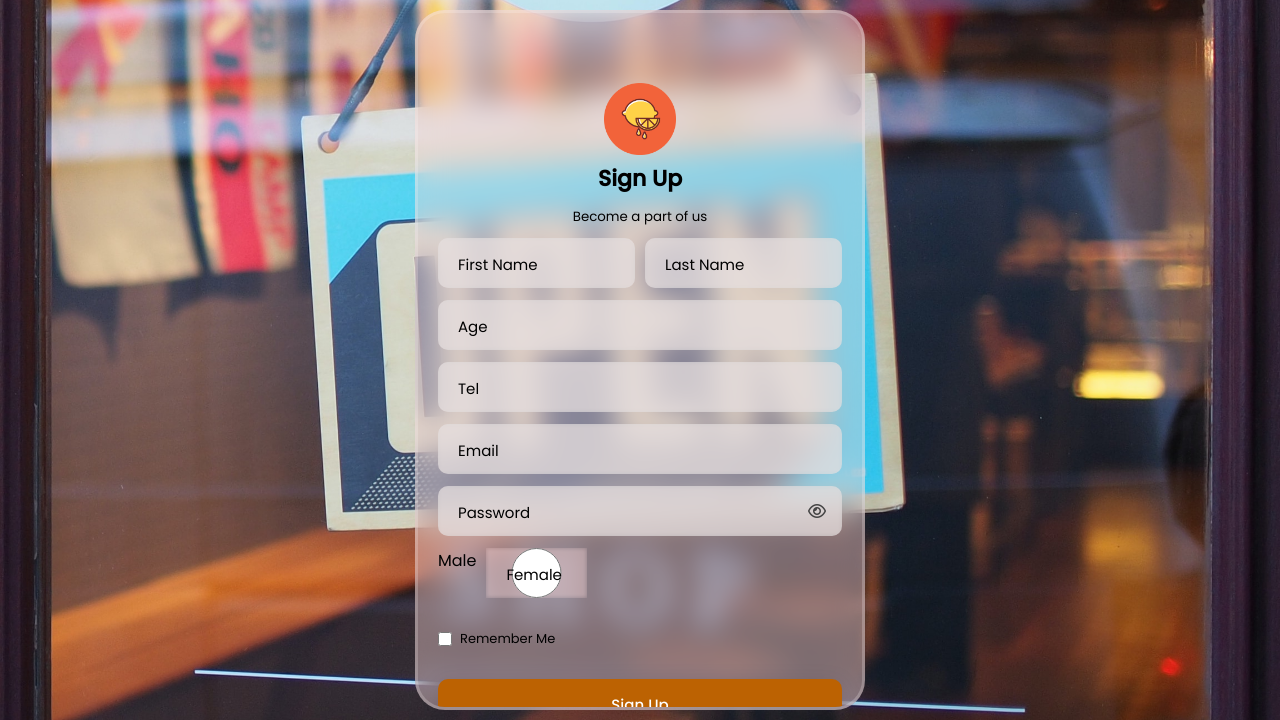
Repository: MauDucKG/BigFarm
Page: http://localhost/BigFarm/views/main/register/index.php?page=main&controller=register&action=submit
An editor plug-in stored every save of this project. The page is shown before and after the next save, followed by the edit.
The browser window is 1280 px wide. The pictures show the whole page.
Some web libraries are served in a nearby version. The page is run by PHP 8.4 with error messages shown; the project is at /var/www/html/.

Above is the page before, as saved 2023-04-26 22:31:56.

### views/main/register/index.php
<!DOCTYPE html>
<html lang="en">

<head>
	<meta charset="utf-8">
	<meta name="viewport" content="width=device-width, initial-scale=1">
	<title>Register</title>
	<!-- <link href="https://cdn.jsdelivr.net/npm/bootstrap@5.2.2/dist/css/bootstrap.min.css" rel="stylesheet" integrity="sha384-Zenh87qX5JnK2Jl0vWa8Ck2rdkQ2Bzep5IDxbcnCeuOxjzrPF/et3URy9Bv1WTRi" crossorigin="anonymous"> -->
	<link rel="stylesheet" href="assets/stylesheets/register.css">
    <script src="https://kit.fontawesome.com/4ccf3877a2.js" crossorigin="anonymous"></script>
    <!-- <style>
        @import url('https://fonts.googleapis.com/css2?family=Poppins:wght@400;500&display=swap');
body{
    background: url("https://images.unsplash.com/photo-1472851294608-062f824d29cc?ixlib=rb-4.0.3&ixid=MnwxMjA3fDB8MHxwaG90by1wYWdlfHx8fGVufDB8fHx8&auto=format&fit=crop&w=2304&q=80");
    background-size: cover;
    background-position: center;
    background-repeat: no-repeat;
    background-attachment: fixed;
}
*{
    margin: 0;
    padding: 0;
    box-sizing: border-box;
    font-family: 'Poppins',sans-serif;
}
.wrapper{
    display: flex;
    justify-content: center;
    align-items: center;
    min-height: 100vh;
    width: 100%;
}
.box{
    display: flex;
    flex-direction: row;
    position: relative;
    padding: 60px 20px 30px 20px;
    height: 700px;
    width: 450px;
    background-color: rgba(255, 220, 220, 0.4);
    border-radius: 30px;
    -webkit-backdrop-filter: blur(15px);
    backdrop-filter: blur(15px);
    border: 3px solid rgba(255, 255, 255, 0.2);
    overflow: hidden;
}
.box-register{
    position: absolute;
    width: 85%;
    right: -350px;
    transition: .5s ease-in-out;
}
.top-header{
    text-align: center;
    margin: 10px auto;
}
.top-header h3{
    font-size: 22px;
    font-weight: 600;
    margin-bottom: 8px;
}
.input-group{
    width: 100%;
}
.input-field{
    width: 100%;
    margin-bottom: 12px;
    position: relative;
}
.input-box{
    width: 100%;
    height: 50px;
    font-size: 15px;
    color: #040404;
    border: none;
    border-radius: 10px;
    padding: 7px 45px 0 20px;
    background: rgba(224, 223, 223, 0.6);
    -webkit-backdrop-filter: blur(2px);
    backdrop-filter: blur(2px);
    outline: none;
}
.input-field label{
    position: absolute;
    left: 20px;
    top: 15px;
    font-size: 15px;
    transition: .3s ease-in-out;
}
.input-box:focus ~ label,.input-box:valid ~ label{
    top: 2px;
    font-size: 10px;
    color: #c12828;
    font-weight: 500;
}
.eye-area{
    position: absolute;
    top: 25px;
    right: 25px;
}
.eye-box{
    display: flex;
    justify-content: center;
    align-items: center;
    position: relative;
}
i{
    position: absolute;
    color: #444444;
    cursor: pointer;
}
#eye,#eye-2{
    opacity: 1;
}
#eye-slash,#eye-slash-2{
    opacity: 0;
}
.remember{
    display: flex;
    font-size: 13px;
    margin: 12px 0 30px 0;
    color: #000;
}
.check{
    margin-right: 8px;
    width: 14px;
}
.input-submit{
    width: 100%;
    height: 50px;
    font-size: 15px;
    font-weight: 500;
    border: none;
    border-radius: 10px;
    background: #bc6202;
    color: #fff;
    box-shadow: 0px 4px 20px rgba(62, 9, 9, 0.145);
    cursor: pointer;
    transition: .4s;
}
.input-submit:hover{
    background: #db3e00;
    box-shadow: 0px 4px 20px rgba(62, 9, 9, 0.32);
}
#btn{
    position: absolute;
    bottom: 0;
    left: 0;
    width: 145px;
    height: 50px;
    background: #cccccd;
    border-radius: 10px;
    box-shadow: 2px 0px 12px rgba(0, 0, 0, 0.1);
    transition: .5s ease-in-out;
}
.name-box{
    display: flex;
    column-gap: 10px;
}
.name-box .input-box{
    width: 100%;
}
.name-box .input-field{
    width: 100%;
}
    </style> -->
</head>

<body>
    <div class="wrapper">
        <div class="box">
        <form action="index.php?page=main&controller=register&action=submit" method="POST" class="text-right">
            <div class="register-box" id="regUser">
                <div class="top-header">
                    <img src="assets/images/team_logo.png" alt="" width="72" height="72">
                    <h3>Sign Up</h3>
                    <small>Become a part of us</small>
                </div>
                <div class="input-group">
                    <div class="name-box">
                        <div class="input-field">
                            <input type="text" class="input-box" id="fname" name="fmane" required>
                            <label for="regUser">First Name</label>
                        </div>
                        <div class="input-field">
                            <input type="text" class="input-box" id="lname" name="lname" required>
                            <label for="regUser">Last Name</label>
                        </div>
                    </div>
                    <div class="input-field">
                        <input type="text" class="input-box" id="age" name="age" required>
                        <label for="regUser">Age</label>
                    </div>
                    <div class="input-field">
                        <input type="text" class="input-box" id="phone" name="phone" required>
                        <label for="regUser">Tel</label>
                    </div>
                    <div class="input-field">
                        <input type="text" class="input-box" id="email" name="email" required>
                        <label for="regUser">Email</label>
                    </div>
                    <div class="input-field">
                        <input type="password" class="input-box" id="pass" name="pass" required>
                        <label for="regPassword">Password</label>
                         <div class="eye-area">
                                <div class="eye-box" onclick="myRegPassword()">
                                    <i class="fa-regular fa-eye" id="eye-2"></i>
                                    <i class="fa-regular fa-eye-slash" id="eye-slash-2"></i>
                                </div>
                         </div>
                    </div>
                    <div class="gender-box">
                        <div class="input-fiel>
                            <input type="radio" class="input-box" name="gender" value="1" required>
                            <label>Male</label>
                        </div>
                        <div class="input-field">
                            <input type="radio" class="input-box" name="gender" value="1" required>
                            <label>Female</label>
                        </div>
                    </div>
				</div>
                    <div class="remember">
                        <input type="checkbox" id="formCheck-2" class="check">
                        <label for="formCheck-2">Remember Me</label>
                    </div>
                    <div class="input-field">
                        <input type="submit" class="input-submit" value="Sign Up">
                    </div>
                </div>
          </div>
        </form>
        </div>
    </div>
    <script>
        function myRegPassword(){
            var d = document.getElementById('regPassword');
            var b = document.getElementById("eye-2");
            var c = document.getElementById("eye-slash-2");
            if(d.type === "password"){
                d.type = "text"
                b.style.opacity = "0";
                c.style.opacity = "1";
            }else{
                d.type = "password"
                b.style.opacity = "1";
                c.style.opacity = "0";
            }
        }
    </script>
</body>

</html>

### assets/stylesheets/register.css
@import url('https://fonts.googleapis.com/css2?family=Poppins:wght@400;500&display=swap');
body{
    background: url("/BigFarm/assets/images/mike-petrucci-c9FQyqIECds-unsplash.jpg");
    background-size: cover;
    background-position: center;
    background-repeat: no-repeat;
    background-attachment: fixed;
}
*{
    margin: 0;
    padding: 0;
    box-sizing: border-box;
    font-family: 'Poppins',sans-serif;
}
.wrapper{
    display: flex;
    justify-content: center;
    align-items: center;
    min-height: 100vh;
    width: 100%;
}
.box{
    display: flex;
    flex-direction: row;
    position: relative;
    padding: 60px 20px 30px 20px;
    height: 700px;
    width: 450px;
    background-color: rgba(255, 220, 220, 0.4);
    border-radius: 30px;
    -webkit-backdrop-filter: blur(15px);
    backdrop-filter: blur(15px);
    border: 3px solid rgba(255, 255, 255, 0.2);
    overflow: hidden;
}
.box-register{
    position: absolute;
    width: 85%;
    right: -350px;
    transition: .5s ease-in-out;
}
.top-header{
    text-align: center;
    margin: 10px auto;
}
.top-header h3{
    font-size: 22px;
    font-weight: 600;
    margin-bottom: 8px;
}
.input-group{
    width: 100%;
}
.input-field{
    width: 100%;
    margin-bottom: 12px;
    position: relative;
}
.input-box{
    width: 100%;
    height: 50px;
    font-size: 15px;
    color: #040404;
    border: none;
    border-radius: 10px;
    padding: 7px 45px 0 20px;
    background: rgba(224, 223, 223, 0.6);
    -webkit-backdrop-filter: blur(2px);
    backdrop-filter: blur(2px);
    outline: none;
}
.input-field label{
    position: absolute;
    left: 20px;
    top: 15px;
    font-size: 15px;
    transition: .3s ease-in-out;
}
.input-box:focus ~ label,.input-box:valid ~ label{
    top: 2px;
    font-size: 10px;
    color: #c12828;
    font-weight: 500;
}
.eye-area{
    position: absolute;
    top: 25px;
    right: 25px;
}
.eye-box{
    display: flex;
    justify-content: center;
    align-items: center;
    position: relative;
}
i{
    position: absolute;
    color: #444444;
    cursor: pointer;
}
#eye,#eye-2{
    opacity: 1;
}
#eye-slash,#eye-slash-2{
    opacity: 0;
}
.remember{
    display: flex;
    font-size: 13px;
    margin: 12px 0 30px 0;
    color: #000;
}
.check{
    margin-right: 8px;
    width: 14px;
}
.input-submit{
    width: 100%;
    height: 50px;
    font-size: 15px;
    font-weight: 500;
    border: none;
    border-radius: 10px;
    background: #bc6202;
    color: #fff;
    box-shadow: 0px 4px 20px rgba(62, 9, 9, 0.145);
    cursor: pointer;
    transition: .4s;
}
.input-submit:hover{
    background: #db3e00;
    box-shadow: 0px 4px 20px rgba(62, 9, 9, 0.32);
}
#btn{
    position: absolute;
    bottom: 0;
    left: 0;
    width: 145px;
    height: 50px;
    background: #cccccd;
    border-radius: 10px;
    box-shadow: 2px 0px 12px rgba(0, 0, 0, 0.1);
    transition: .5s ease-in-out;
}
.name-box{
    display: flex;
    column-gap: 10px;
}
.name-box .input-box{
    width: 100%;
}
.name-box .input-field{
    width: 100%;
}

.gender-box{
    display: flex;
    column-gap: 10px;
}
.gender-box .input-box{
    width: 50%;
}
.gender-box .input-field{
    width: 50%;
}

After the next save:
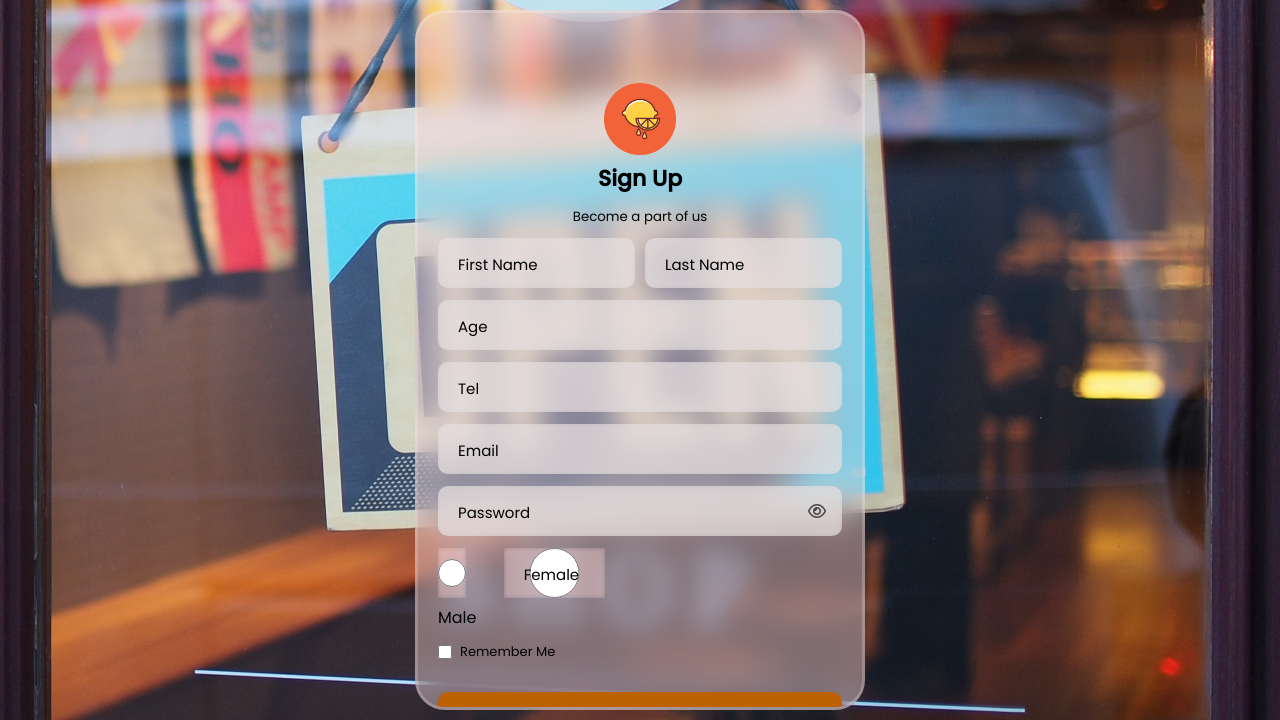
Saved 4 s later.
--- a/views/main/register/index.php
+++ b/views/main/register/index.php
@@ -210,7 +210,7 @@ i{
                          </div>
                     </div>
                     <div class="gender-box">
-                        <div class="input-fiel>
+                        <div>
                             <input type="radio" class="input-box" name="gender" value="1" required>
                             <label>Male</label>
                         </div>
